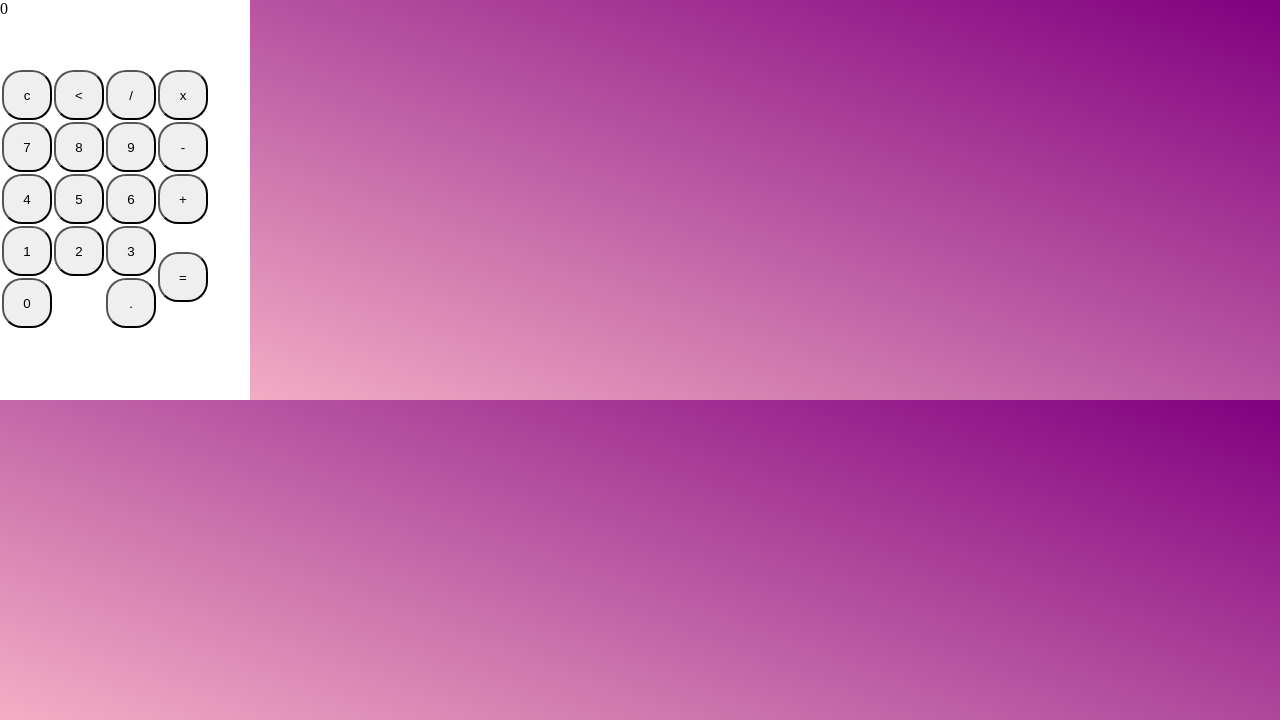
Repository: mariele-huff/calculadora
Page: index.html
These files come from the project's save history. The page is drawn as it stood at one moment and after the next save; the edit follows.
The browser window is 1280 px wide. The pictures show the whole page.
After loading, the first visible `button.botao` was clicked once.

Above is the page before, as saved 2022-08-12 09:18:09.

### index.html
<!DOCTYPE html>
<html lang="pt-br">
<head>
    <meta charset="UTF-8">
    <meta http-equiv="X-UA-Compatible" content="IE=edge">
    <meta name="viewport" content="width=device-width, initial-scale=1.0">
    <link rel="stylesheet" href="style.css">
    <script src="index.js"></script>
    <title>Calculadora</title>
</head>
<body>
    <div class="calculadora">
        <p id="resultado"> Resultado</p>
        <table>
            <tr>
                <td><button class="botao" onclick="limpar()">c</button></td>
                <td><button class="botao" onclick="acrescenta('<')"><</button></td>
                <td><button class="botao" onclick="acrescenta('/')">/</button></td>
                <td><button class="botao" onclick="acrescenta('x')">x</button></td>
            </tr>
            <tr>
                <td><button class="botao"onclick="acrescenta('7')">7</button></td>
                <td><button class="botao" onclick="acrescenta('8')">8</button></td>
                <td><button class="botao" onclick="acrescenta('9')">9</button></td>
                <td><button class="botao" onclick="acrescenta('-')">-</button></td>
            </tr>
            <tr>
                <td><button class="botao"onclick="acrescenta('4')">4</button ></td>
                <td><button class="botao" onclick="acrescenta('5')">5</button></td>
                <td><button class="botao" onclick="acrescenta('6')">6</button></td>
                <td><button class="botao"button onclick="acrescenta('+')">+</button>
                </td>
            </tr>
            <tr>
                <td><button class="botao" onclick="acrescenta('1')">1</button></td>
                <td><button class="botao"onclick="acrescenta('2')">2</button ></td>
                <td><button class="botao"onclick="acrescenta('3')">3</button ></td>
                <td rowspan="2"><button class="botao" >=</button></td>
            </tr>
            <tr>
                <td colspan="2"><button onclick="acrescenta('3')">0</button></td>
                <td> <button onclick="acrescenta('.')">.</button></td>
            </tr>
        </table>
    </div>

</body>
</html>

### style.css
*{
    margin: 0;
    padding: 0;
}

body{
    background-image: linear-gradient(20deg , pink, purple);

}

.calculadora{

    background-color: white ;
    width: 250px;
    height: 400px;
}

button{

    height: 50px;
    width: 50px;
    border-radius: 20px;

}

#resultado {
     margin-bottom: 50px;
     border: 10px gray;
}

### index.js


const acrescenta = (num)=> {

let numero =   document.querySelector('#resultado').innerHTML

document.querySelector('#resultado').innerHTML=numero + num



}

const limpar = () =>{
    let resultado =   document.querySelector('#resultado')
    resultado.innerHTML= "0"
}

// const somar = (){

// }

After the next save:
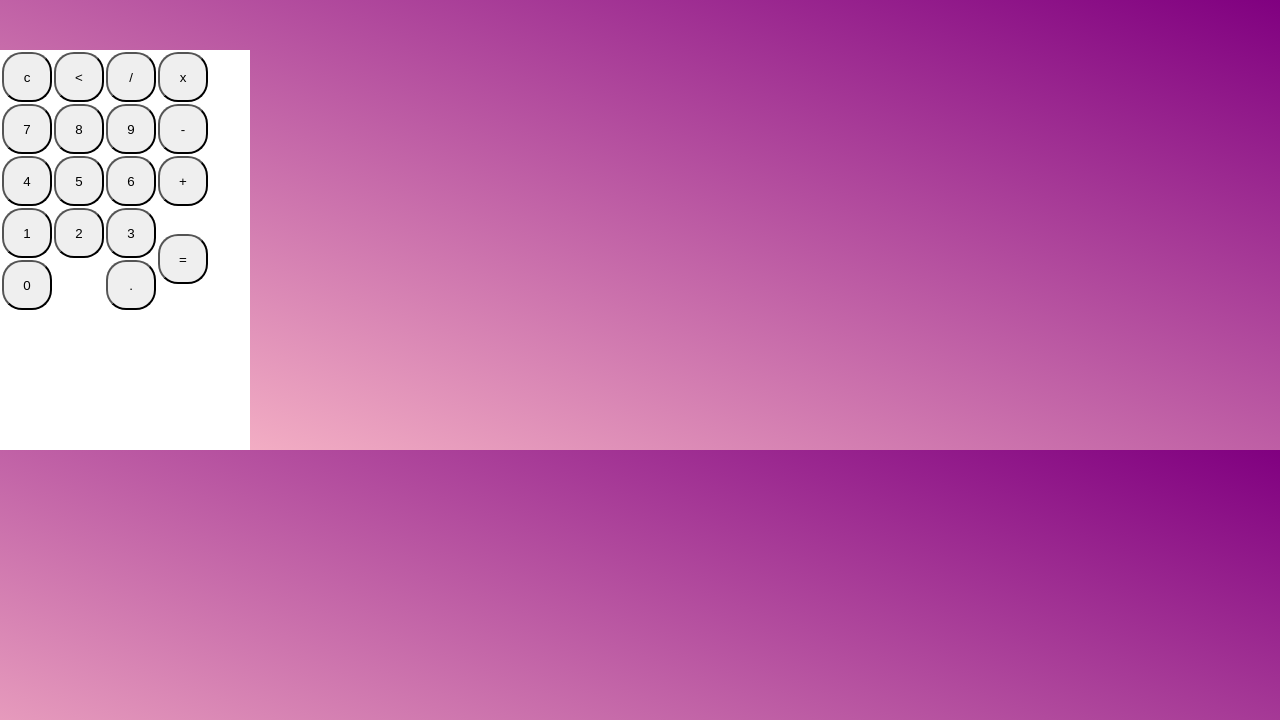
Saved 29 s later.
--- a/index.js
+++ b/index.js
@@ -12,7 +12,7 @@
 
 const limpar = () =>{
     let resultado =   document.querySelector('#resultado')
-    resultado.innerHTML= "0"
+    resultado.innerHTML= "  "
 }
 
 // const somar = (){

After the save that followed:
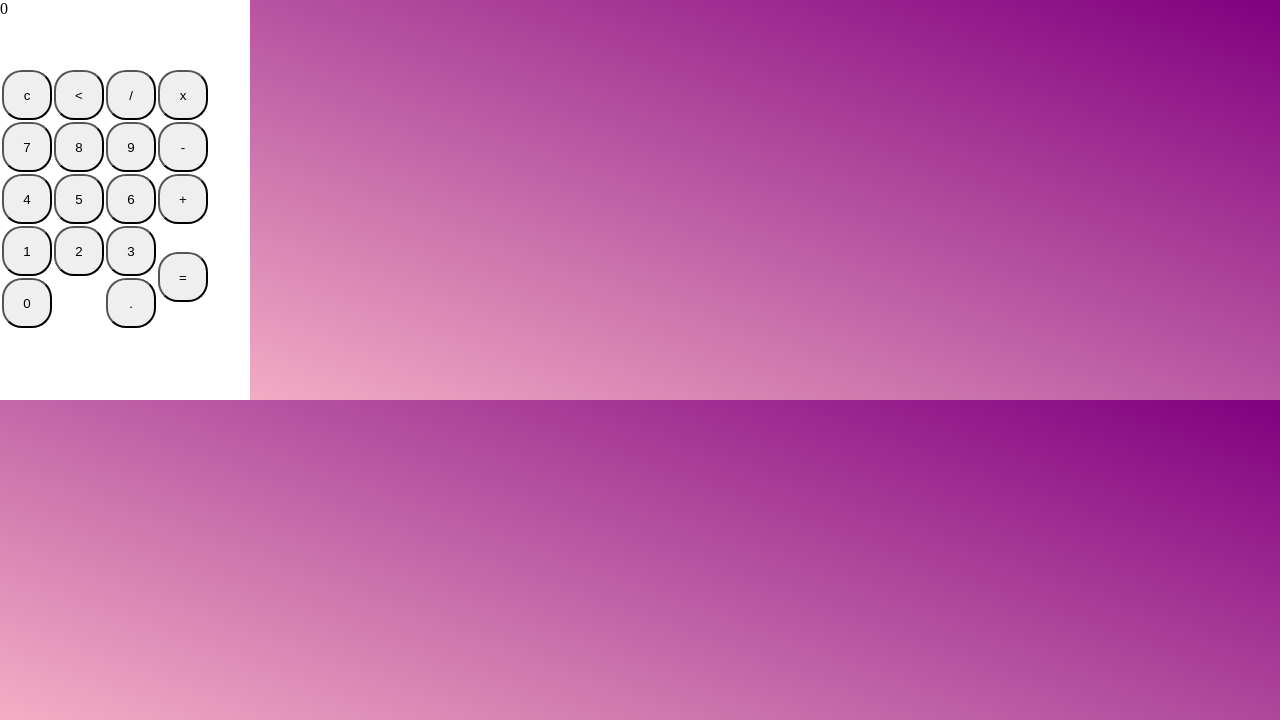
Saved 16 s later.
--- a/index.js
+++ b/index.js
@@ -12,7 +12,7 @@
 
 const limpar = () =>{
     let resultado =   document.querySelector('#resultado')
-    resultado.innerHTML= "  "
+    resultado.innerHTML= "0"
 }
 
 // const somar = (){
